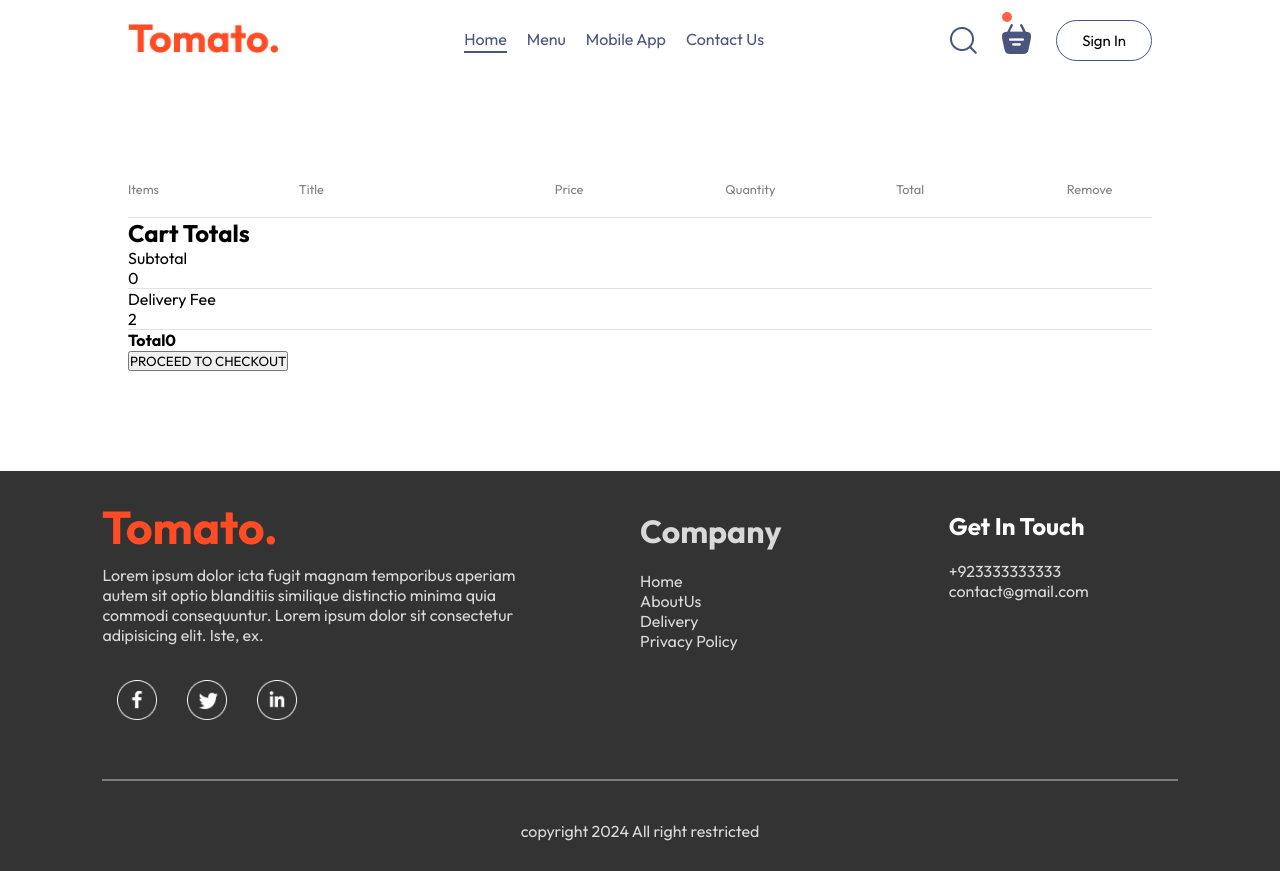
Repository: Attar786/Food-ordering-app
Page: /cart (app in frontend/)
These files come from the project's save history. The page is drawn as it stood at one moment and after the next save; the edit follows.
The browser window is 1280 px wide. The pictures show the whole page.
The project was rebuilt for these pictures with package versions that can differ from the ones it lists, and the page was loaded fresh each time. Also part of the build but not shown: frontend/vite.config.js, frontend/src/components/Header/Header.css, frontend/src/components/Header/Header.jsx, frontend/src/components/ExploreMenu/ExploreMenu.css, frontend/src/components/ExploreMenu/ExploreMenu.jsx, frontend/src/components/FoodDisplay/FoodDisplay.css, frontend/src/components/FoodItem/FoodItem.css, frontend/src/components/FoodItem/FoodItem.jsx and 8 more.

Above is the page before, as saved 2024-07-30 15:39:47.

### frontend/src/main.jsx
import ReactDOM from 'react-dom/client'
import App from './App.jsx'
import './index.css'
import {BrowserRouter} from 'react-router-dom'
import StoreContextProvider from './context/StoreContext.jsx'
ReactDOM.createRoot(document.getElementById('root')).render(
<BrowserRouter>

<StoreContextProvider>
<App />
</StoreContextProvider>

    </BrowserRouter>
)

### frontend/src/App.jsx
import './index.css'
import Navbar from "./components/Navbar/Navbar"
import Home from './pages/Home/Home'
import Cart from './pages/Cart/Cart'
import PlaceOrder from './pages/PlaceOrder/PlaceOrder'
import { Route, Routes } from 'react-router-dom'
import Footer from './components/Footer/Footer'

import LoginPopup from './components/LoginPopup/LoginPopup'
import { useState } from 'react'
function App() {
  const [showLogin, setShowLogin] = useState(false);

  return (
    <>
  {showLogin?<LoginPopup setShowLogin={setShowLogin}/>:<></>}
  <div className='app'>
  <Navbar setShowLogin = {setShowLogin} />
<Routes>
<Route path='/' element={<Home/>}/>
<Route path='/cart' element={<Cart/>}/>
<Route path='/order' element={<PlaceOrder/>}/>
</Routes>
  </div>
  <Footer/>
    </>
  )
}

export default App

### frontend/src/index.css
@import url('https://fonts.googleapis.com/css2?family=Outfit:wght@100..900&display=swap');


*{
margin: 0;
padding: 0;
 box-sizing: border-box;
 font-family: outfit;
 scroll-behavior: smooth;
}
body{
height: 100vh;
}
a{
text-decoration: none;
color : inherit;
}
.app{
    width: 80%;
    margin: auto;
}
@keyframes fadeIn{
    0%{
        opacity: 0;
    }
    100%{
        opacity: 1;
    }
}

### frontend/src/context/StoreContext.jsx
import './StoreContext.css';
import { createContext, useEffect, useState } from 'react';
import { food_list } from '../assets/assets'; // Ensure this path is correct and food_list is correctly exported

export const StoreContext = createContext(null);

const StoreContextProvider = (props) => {
  const [cartItems, setCartItems] = useState({});

  const addToCart = (itemId) => {
    if (!cartItems[itemId]) {
      setCartItems((prev) => ({ ...prev, [itemId]: 1 }));
    } else {
      setCartItems((prev) => ({ ...prev, [itemId]: prev[itemId] + 1 }));
    }
  };

  const removeFromCart = (itemId) => {
    setCartItems((prev) => {
      const newCount = prev[itemId] - 1;
      if (newCount <= 0) {
        const { [itemId]: _, ...rest } = prev;
        return rest;
      } else {
        return { ...prev, [itemId]: newCount };
      }
    });
  };

  useEffect(() => {
    console.log(cartItems);
  }, [cartItems]);

  const contextValue = {
    food_list,
    cartItems,
    setCartItems,
    addToCart,
    removeFromCart,
  };

  return (
    <StoreContext.Provider value={contextValue}>
      {props.children}
    </StoreContext.Provider>
  );
};

export default StoreContextProvider;

### frontend/src/components/Navbar/Navbar.jsx
import { useState } from 'react';
import './Navbar.css';
import { assets } from '../../assets/assets';
import { Link } from 'react-router-dom'
const Navbar = ({setShowLogin}) => {
  const [menu, setMenu] = useState("home");

  const handleMenuClick = (menuItem) => {
    setMenu(menuItem);
  };

  return (
<>
<div className="navbar">
    <Link to='/'> <img src={assets.logo} alt="Logo" className="logo" /></Link>
      <ul className="navbar-menu">
        <Link to='/' onClick={() => handleMenuClick("home")} className={menu === "home" ? "active" : ""}>Home</Link>
        <a href='#explore-menu' onClick={() => handleMenuClick("menu")} className={menu === "menu" ? "active" : ""}>Menu</a>
        <a href='#app-download' onClick={() => handleMenuClick("mobile-app")} className={menu === "mobile-app" ? "active" : ""}>Mobile App</a>
        <a href='#footer' onClick={() => handleMenuClick("contact-us")} className={menu === "contact-us" ? "active" : ""}>Contact Us</a>
      </ul>
      <div className="navbar-right">
        <img src={assets.search_icon} alt="search-icon" />
        <div>
         <Link to='/cart'> <img src={assets.basket_icon} alt="icons" /></Link>
          <div className="dot"></div>
        </div>
        <button onClick={()=>setShowLogin(true)} >Sign In</button>

      </div>

    </div>

</>
  );
}


export default Navbar;

### frontend/src/pages/Cart/Cart.jsx
 import { useContext } from 'react'
import './Cart.css'
import { StoreContext } from '../../context/StoreContext'
const Cart = () => {
  const {cartItems,food_list,removeFromCart} = useContext(StoreContext);
  return (
    <div className='Cart'>
      <div className="cart-items">
        <div className=" cart-items-title">
          <p>Items</p>
          <p>Title</p>
          <p>Price</p>
          <p>Quantity</p>
          <p>Total</p>
          <p>Remove</p>
        </div>
        <br />
        <hr />
        {
          food_list.map((item,index)=>
          {
            if(cartItems[item._id]){
              return (
                <>
                <div key={index} className="cart-items-title cart-item-item">
                  <img src={item.image} alt="" />
                  <p>{item.name}</p>
                  <p>Pkr={item.price}</p>
                  <p>{cartItems[item._id]}</p>
                  <p>{item.price*cartItems[item._id]}</p>
                  <p onClick={()=>removeFromCart(item._id)} className='cross'>X</p>
                </div>
                <hr />
                </>
              )
            }
          }

          )
        }
      </div>
      <div className="cart-bottom">
  <div className="cart-total">
    <h2>Cart Totals</h2>
  </div>
  <div>
    <div className="cart-total-details">
      <p>Subtotal</p>
      <p>{0}</p>
    </div>
    <hr />
    <div className="cart-total-details">
      <p>Delivery Fee</p>
      <p>{2}</p>
    </div>
    <hr />
    <div className="cart-total-details">
      <b>Total</b>
      <b>{0}</b>
    </div>
  </div>
  <button>PROCEED TO CHECKOUT</button>

</div>

       </div>
  )
}

export default Cart

### frontend/src/components/Footer/Footer.jsx
import "./Footer.css"
import { assets } from "../../assets/assets"
const Footer = () => {
  return (
    <div className="footer" id="footer">
<div className="footer-content">
    <div className="footer-content-left">
        <img src={assets.logo} alt="fsf" />
    <p>  Lorem ipsum dolor icta fugit magnam temporibus aperiam autem sit optio blanditiis similique distinctio minima quia commodi consequuntur. Lorem ipsum dolor sit consectetur adipisicing elit. Iste, ex.</p>
    <div className="footer-social-icons">
        <img src={assets.facebook_icon} alt="" />
        <img src={assets.twitter_icon} alt="" />
        <img src={assets.linkedin_icon} alt="" />
    </div>

    </div>
    <div className="footer-content-center">
    <h1>Company</h1>
        <ul>
        <li>Home</li>
        <li>AboutUs</li>
        <li>Delivery</li>
        <li>Privacy Policy</li>
        </ul>
    </div>
    <div className="footer-content-right">
        <h2>Get In Touch</h2>
        <ul>
            <li>
                +923333333333
            </li>
            <li>
                contact@gmail.com
            </li>
        </ul>
    </div>
</div>
<hr/>
<p className="footer-copyright">
copyright 2024 All right restricted
</p>

    </div>
  )
}

export default Footer

### frontend/src/assets/assets.js
import basket_icon from './basket_icon.png'
import logo from './logo.png'
import header_img from './header_img.png'
import search_icon from './search_icon.png'
import menu_1 from './menu_1.png'
import menu_2 from './menu_2.png'
import menu_3 from './menu_3.png'
import menu_4 from './menu_4.png'
import menu_5 from './menu_5.png'
import menu_6 from './menu_6.png'
import menu_7 from './menu_7.png'
import menu_8 from './menu_8.png'

import food_1 from './food_1.png'
import food_2 from './food_2.png'
import food_3 from './food_3.png'
import food_4 from './food_4.png'
import food_5 from './food_5.png'
import food_6 from './food_6.png'
import food_7 from './food_7.png'
import food_8 from './food_8.png'
import food_9 from './food_9.png'
import food_10 from './food_10.png'
import food_11 from './food_11.png'
import food_12 from './food_12.png'
import food_13 from './food_13.png'
import food_14 from './food_14.png'
import food_15 from './food_15.png'
import food_16 from './food_16.png'
import food_17 from './food_17.png'
import food_18 from './food_18.png'
import food_19 from './food_19.png'
import food_20 from './food_20.png'
import food_21 from './food_21.png'
import food_22 from './food_22.png'
import food_23 from './food_23.png'
import food_24 from './food_24.png'
import food_25 from './food_25.png'
import food_26 from './food_26.png'
import food_27 from './food_27.png'
import food_28 from './food_28.png'
import food_29 from './food_29.png'
import food_30 from './food_30.png'
import food_31 from './food_31.png'
import food_32 from './food_32.png'

import add_icon_white from './add_icon_white.png'
import add_icon_green from './add_icon_green.png'
import remove_icon_red from './remove_icon_red.png'
import app_store from './app_store.png'
import play_store from './play_store.png'
import linkedin_icon from './linkedin_icon.png'
import facebook_icon from './facebook_icon.png'
import twitter_icon from './twitter_icon.png'
import cross_icon from './cross_icon.png'
import selector_icon from './selector_icon.png'
import rating_starts from './rating_starts.png'
import profile_icon from './profile_icon.png'
import bag_icon from './bag_icon.png'
import logout_icon from './logout_icon.png'
import parcel_icon from './parcel_icon.png'

export const assets = {
    logo,
    basket_icon,
    header_img,
    search_icon,
    rating_starts,
    add_icon_green,
    add_icon_white,
    remove_icon_red,
    app_store,
    play_store,
    linkedin_icon,
    facebook_icon,
    twitter_icon,
    cross_icon,
    selector_icon,
    profile_icon,
    logout_icon,
    bag_icon,
    parcel_icon
}

export const menu_list = [
    {
        menu_name: "Salad",
        menu_image: menu_1
    },
    {
        menu_name: "Rolls",
        menu_image: menu_2
    },
    {
        menu_name: "Deserts",
        menu_image: menu_3
    },
    {
        menu_name: "Sandwich",
        menu_image: menu_4
    },
    {
        menu_name: "Cake",
        menu_image: menu_5
    },
    {
        menu_name: "Pure Veg",
        menu_image: menu_6
    },
    {
        menu_name: "Pasta",
        menu_image: menu_7
    },
    {
        menu_name: "Noodles",
        menu_image: menu_8
    }]

export const food_list = [
    {
        _id: "1",
        name: "Greek salad",
        image: food_1,
        price: 12,
        description: "Food provides essential nutrients for overall health and well-being",
        category: "Salad"
    },
    {
        _id: "2",
        name: "Veg salad",
        image: food_2,
        price: 18,
        description: "Food provides essential nutrients for overall health and well-being",
        category: "Salad"
    }, {
        _id: "3",
        name: "Clover Salad",
        image: food_3,
        price: 16,
        description: "Food provides essential nutrients for overall health and well-being",
        category: "Salad"
    }, {
        _id: "4",
        name: "Chicken Salad",
        image: food_4,
        price: 24,
        description: "Food provides essential nutrients for overall health and well-being",
        category: "Salad"
    }, {
        _id: "5",
        name: "Lasagna Rolls",
        image: food_5,
        price: 14,
        description: "Food provides essential nutrients for overall health and well-being",
        category: "Rolls"
    }, {
        _id: "6",
        name: "Peri Peri Rolls",
        image: food_6,
        price: 12,
        description: "Food provides essential nutrients for overall health and well-being",
        category: "Rolls"
    }, {
        _id: "7",
        name: "Chicken Rolls",
        image: food_7,
        price: 20,
        description: "Food provides essential nutrients for overall health and well-being",
        category: "Rolls"
    }, {
        _id: "8",
        name: "Veg Rolls",
        image: food_8,
        price: 15,
        description: "Food provides essential nutrients for overall health and well-being",
        category: "Rolls"
    }, {
        _id: "9",
        name: "Ripple Ice Cream",
        image: food_9,
        price: 14,
        description: "Food provides essential nutrients for overall health and well-being",
        category: "Deserts"
    }, {
        _id: "10",
        name: "Fruit Ice Cream",
        image: food_10,
        price: 22,
        description: "Food provides essential nutrients for overall health and well-being",
        category: "Deserts"
    }, {
        _id: "11",
        name: "Jar Ice Cream",
        image: food_11,
        price: 10,
        description: "Food provides essential nutrients for overall health and well-being",
        category: "Deserts"
    }, {
        _id: "12",
        name: "Vanilla Ice Cream",
        image: food_12,
        price: 12,
        description: "Food provides essential nutrients for overall health and well-being",
        category: "Deserts"
    },
    {
        _id: "13",
        name: "Chicken Sandwich",
        image: food_13,
        price: 12,
        description: "Food provides essential nutrients for overall health and well-being",
        category: "Sandwich"
    },
    {
        _id: "14",
        name: "Vegan Sandwich",
        image: food_14,
        price: 18,
        description: "Food provides essential nutrients for overall health and well-being",
        category: "Sandwich"
    }, {
        _id: "15",
        name: "Grilled Sandwich",
        image: food_15,
        price: 16,
        description: "Food provides essential nutrients for overall health and well-being",
        category: "Sandwich"
    }, {
        _id: "16",
        name: "Bread Sandwich",
        image: food_16,
        price: 24,
        description: "Food provides essential nutrients for overall health and well-being",
        category: "Sandwich"
    }, {
        _id: "17",
        name: "Cup Cake",
        image: food_17,
        price: 14,
        description: "Food provides essential nutrients for overall health and well-being",
        category: "Cake"
    }, {
        _id: "18",
        name: "Vegan Cake",
        image: food_18,
        price: 12,
        description: "Food provides essential nutrients for overall health and well-being",
        category: "Cake"
    }, {
        _id: "19",
        name: "Butterscotch Cake",
        image: food_19,
        price: 20,
        description: "Food provides essential nutrients for overall health and well-being",
        category: "Cake"
    }, {
        _id: "20",
        name: "Sliced Cake",
        image: food_20,
        price: 15,
        description: "Food provides essential nutrients for overall health and well-being",
        category: "Cake"
    }, {
        _id: "21",
        name: "Garlic Mushroom ",
        image: food_21,
        price: 14,
        description: "Food provides essential nutrients for overall health and well-being",
        category: "Pure Veg"
    }, {
        _id: "22",
        name: "Fried Cauliflower",
        image: food_22,
        price: 22,
        description: "Food provides essential nutrients for overall health and well-being",
        category: "Pure Veg"
    }, {
        _id: "23",
        name: "Mix Veg Pulao",
        image: food_23,
        price: 10,
        description: "Food provides essential nutrients for overall health and well-being",
        category: "Pure Veg"
    }, {
        _id: "24",
        name: "Rice Zucchini",
        image: food_24,
        price: 12,
        description: "Food provides essential nutrients for overall health and well-being",
        category: "Pure Veg"
    },
    {
        _id: "25",
        name: "Cheese Pasta",
        image: food_25,
        price: 12,
        description: "Food provides essential nutrients for overall health and well-being",
        category: "Pasta"
    },
    {
        _id: "26",
        name: "Tomato Pasta",
        image: food_26,
        price: 18,
        description: "Food provides essential nutrients for overall health and well-being",
        category: "Pasta"
    }, {
        _id: "27",
        name: "Creamy Pasta",
        image: food_27,
        price: 16,
        description: "Food provides essential nutrients for overall health and well-being",
        category: "Pasta"
    }, {
        _id: "28",
        name: "Chicken Pasta",
        image: food_28,
        price: 24,
        description: "Food provides essential nutrients for overall health and well-being",
        category: "Pasta"
    }, {
        _id: "29",
        name: "Buttter Noodles",
        image: food_29,
        price: 14,
        description: "Food provides essential nutrients for overall health and well-being",
        category: "Noodles"
    }, {
        _id: "30",
        name: "Veg Noodles",
        image: food_30,
        price: 12,
        description: "Food provides essential nutrients for overall health and well-being",
        category: "Noodles"
    }, {
        _id: "31",
        name: "Somen Noodles",
        image: food_31,
        price: 20,
        description: "Food provides essential nutrients for overall health and well-being",
        category: "Noodles"
    }, {
        _id: "32",
        name: "Cooked Noodles",
        image: food_32,
        price: 15,
        description: "Food provides essential nutrients for overall health and well-being",
        category: "Noodles"
    }
]

### frontend/src/components/Navbar/Navbar.css
.navbar{
    padding: 20px 0;
    display: flex;
    justify-content: space-between;
    align-items: center;
}
.navbar .logo{
    width: 150px;
}
.navbar-menu{
    display: flex;
    list-style: none;
    gap: 20px;
    font: 18px;
    color: #49557e;
    cursor: pointer;
}
.navbar-right{
    display: flex;
    align-items: center;
    gap: 25px;

}
.navbar button{
    font-size: 15px;
    border: 1px solid #49557e;
    background: transparent;
    padding: 10px 25px;
    cursor: pointer;
    border-radius: 40px;
    transition: 0.3s;
}
.navbar button:hover{
    background-color: #fff4f2;
}
.navbar .navbar-menu .active{
    padding-bottom: 2px;
    border-bottom: 2px solid #49557e;

}
.search-icon{
    position: relative;
}
/* .search-icon .dot{ */
    /* position: absolute;
    top: -5px;
    right: -5px;
    width: 10px;
    height: 10px;
    background-color: blue;
    border-radius: 50%;
} */
.dot {
    position: absolute;
    top: 12px; /* Adjust as needed */
    right: 268px; /* Adjust as needed */
    width: 10px;
    height: 10px;
    background-color: tomato;
    border-radius: 50%;}
    @media (max-width: 1050px)
    {
        .navbar .logo{
            width: 140px;
        }
        .navbar-menu{
            gap: 20px;
            font-size: 17px;
        }
        .nav-right {
            gap: 30px;
        };
        .navbar-right img{
            width: 22px;
        }
        .navbar-right button{
            padding: 8px 25px;
        };

    }

    @media (max-width: 900px)
    {
        .navbar .logo{
            width: 100px;
        }
        .navbar-menu{
            gap: 10px;
            font-size: 16px;
        }
        .Nav-right {
            gap: 20px;
        }
        .navbar-right img{
            width: 17px;

        }
        .navbar-right button{
            padding: 7px 15px;
            font-size: 10px;
        }
    }

    @media (max-width: 750px)
    {

        .navbar-menu{
            display: none;;
        }
    }

### frontend/src/pages/Cart/Cart.css
.Cart{
    margin-top: 100px;;
}
.cart-items-title{
    display: grid;
    grid-template-columns:  1fr 1.5fr 1fr 1fr 1fr 0.5fr;
    align-items: center;
    color: gray;
    font-size: max(1vw, 12px);
}
.cart-item-item{
    margin: 10px;
    color:black;
}
.cart-item-item img{
    width: 50px;
    /* border-radius: px; */
    border: 1px solid black;
}
.Cart hr{
    height: 1px;
    background-color: #e2e2e2;
    border: none;
}
.cross{
    cursor: pointer;;
}

### frontend/src/components/Footer/Footer.css
.footer {
    color: #d9d9d9;
    background-color: hsl(0, 0%, 20%);
    display: flex;
    flex-direction: column;
    align-items: center;
    gap: 20px;
    padding: 30px 8vw; /* Fixed padding syntax */
    padding-top: 40px;
    margin-top: 100px;
}

.footer-content {
    width: 100%;
    display: grid;
    grid-template-columns: 2fr 1fr 1fr;
    gap: 80px;
}

.footer-content-left, .footer-content-center, .footer-content-right {
    display: flex;
    flex-direction: column;
    align-items: start;
    gap: 20px;
}

.footer-content-left li, .footer-content-center li, .footer-content-right li {
    list-style: none;
    cursor: pointer;
}
.footer-content-center h2, .footer-content-right h2 {
    color: white;
}
.footer-social-icons img {
width: 40px;
margin: 15px;
}
.footer-social-icons img:hover {
    width: 40px;
    margin: 15px;
    }
.footer hr{
    width: 100%;
    height: 2px;
    margin: 20px 0;
    background-color : gray;
    border: none;
}
@media (max-width: 1050px) {
    .footer-content{
        display: flex;
        flex-direction:column;
        gap: 35px;
    }
    .footer-copyright{
        text-align: center;
}
}

Loaded but not shown: frontend/index.html (common file); frontend/src/context/StoreContext.css (no stored copy; drawn as an empty file); frontend/src/pages/Home/Home.css (no stored copy; drawn as an empty file)

After the next save:
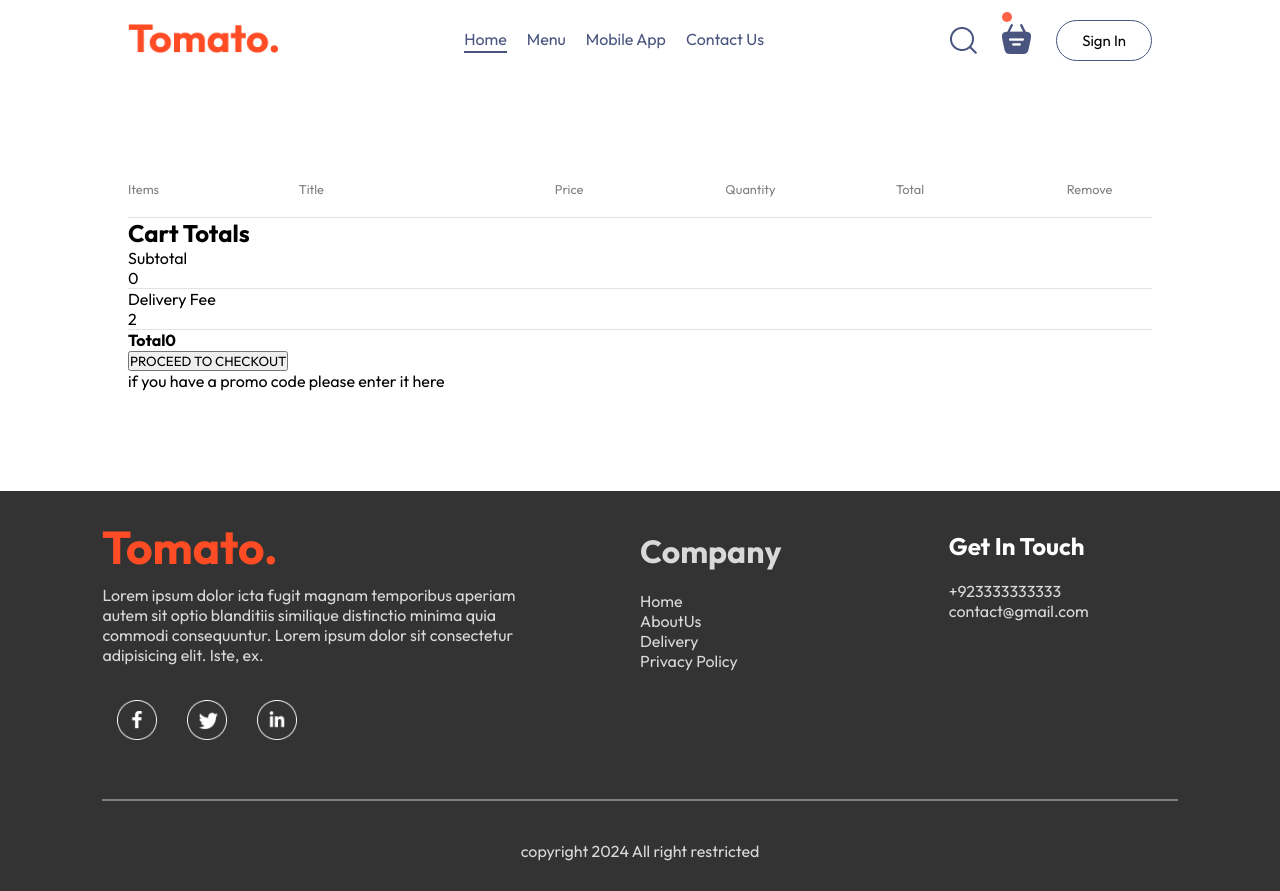
Saved 75 s later.
--- a/frontend/src/pages/Cart/Cart.jsx
+++ b/frontend/src/pages/Cart/Cart.jsx
@@ -60,7 +60,11 @@ const Cart = () => {
     </div>
   </div>
   <button>PROCEED TO CHECKOUT</button>
-
+<div className="cart-promocode">
+  <div>
+    <p>if you have a promo code please enter it here</p>
+  </div>
+</div>
 </div>
 
        </div>
